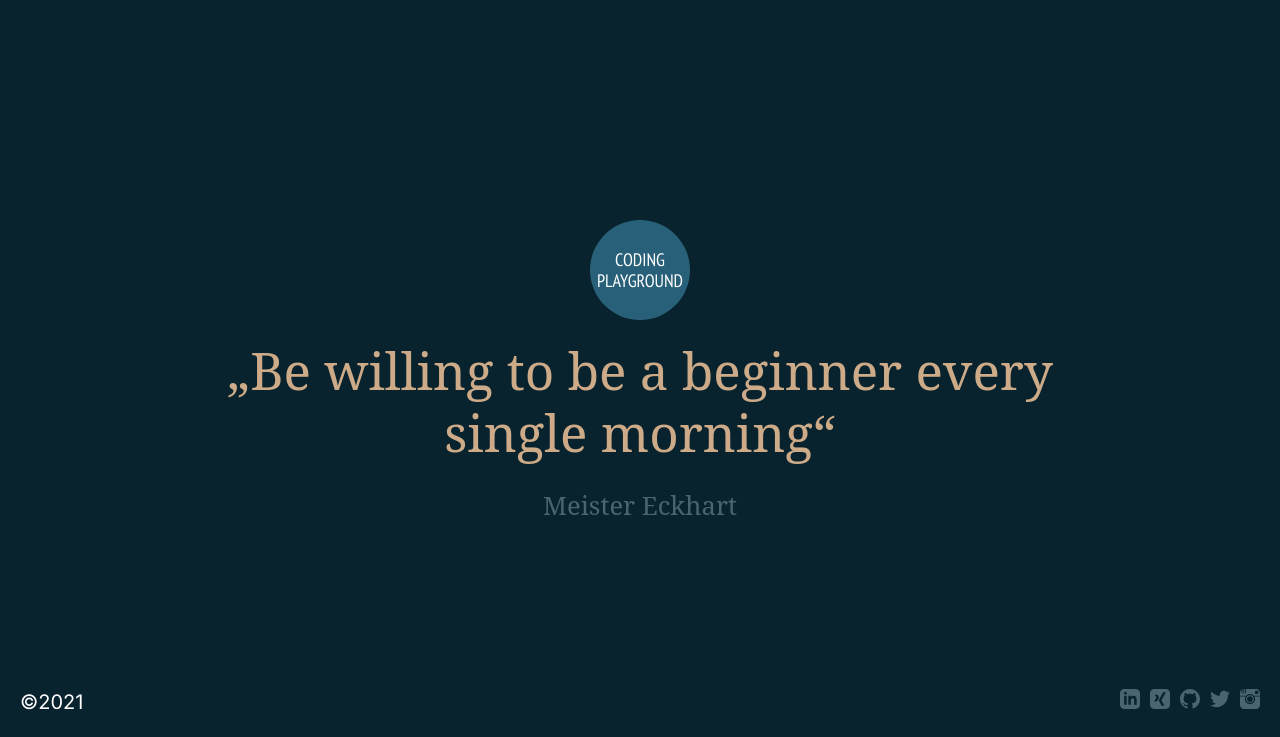
Repository: azwick/zwicki
Page: /
These files come from the project's save history. The page is drawn as it stood at one moment and after the next save; the edit follows.
The browser window is 1280 px wide. The pictures show the part of the page from y = 2954 to 3691 px (the page is 3691 px tall before and 3499 px after).
The project was rebuilt for these pictures with package versions that can differ from the ones it lists, and the page was loaded fresh each time. The framework's server and built-in components were replaced by stand-ins that run in the browser. Also part of the build but not shown: next.config.js.

Above is the page before, as saved 2024-01-16 17:47:56.

### src/app/layout.tsx
import type { Metadata } from 'next'
import { Inter } from 'next/font/google'
import './globals.css'
import Header from '@/components/Header'
import Footer from '@/components/Footer'
import styles from './page.module.css'

const inter = Inter({ subsets: ['latin'] })

export const metadata: Metadata = {
  title: 'Create Next App',
  description: 'Generated by create next app',
}

export default function RootLayout({
  children,
}: {
  children: React.ReactNode
}) {
  return (
    <html lang="en">
      <body className={inter.className}>
      <div className={styles.page}>
          <div className="noise"></div>
          <Header />
          {children}
          <Footer />
      </div>
        </body>
    </html>
  )
}

### src/app/page.tsx
import Head from 'next/head'

import Image from 'next/image'
import styles from './page.module.css'


export default function Home() {

  const Iframex = ({ url, title } : any) => {
    return (
        <iframe className="iframe" src={url}
            title={title}
            allow="accelerometer; ambient-light-sensor; camera; encrypted-media; geolocation; gyroscope; hid; microphone; midi; payment; usb; vr; xr-spatial-tracking"
            sandbox="allow-forms allow-modals allow-popups allow-presentation allow-same-origin allow-scripts"
            loading="lazy"
        ></iframe>
    );
  }

  return (
    <>
      <Head>
        <title>Zwickermann</title>
            <meta name="keywords" content="front-end design, design, designer, designerin, grafik design, illustration, corporate design, cd, corporate identity, wedding, wedding design, diving stamps, frontend-development, development, front-end development, dev, developer, Anne Debora Zimmermann-Zwick, Anne Zwickermann, Anne Debora" />
      </Head>
      <main className={styles.main}>
          <div className={styles.intro}>
              <h2 className={styles.introSubline}>I'm Anne,</h2>
              <h1 className={styles.introMobile}>multi-passionate <br/> front-end dev & <br/> designer</h1>

              <div className={styles.introRow1}>
                  <h1>multi-passionate</h1>
                  <Image className={styles.introParaImg} src={'/anne-zwickermann-1.jpg'} alt={'Anne'} height={260} width={260} />
              </div>
              <div className={styles.introRow2}>
                  <Image className={styles.introParaImg} src={'/anne-zwickermann-2.jpg'} alt={'Anne'} height={360} width={360} />
                  <h1>front-end dev &amp;</h1>
              </div>
              <div className={styles.introRow3}>
                <h1>designer</h1>
                <Image className={styles.introParaImg} src={'/anne-zwickermann-3.jpg'} alt={'Anne'} height={420} width={420} />
              </div>
              <a className="primary" href="https://www.linkedin.com/in/anne-debora-zimmermann-184bb4142/" title="Linkedin CV" target="_blank">
                  About <br/> Me
              </a>
          </div>


          <div className={styles.design}>
            <div className={styles.designGrid}>
              <div>
                  <img src="/az-corporate-design.jpg" title="Wedding Corporate Design" alt="Wedding Corporate Design" />
              </div>
              <div>
                  <img src="/az-picture-factory.jpg" title="Photoshop Magic" alt="Photoshop Magic" />
              </div>
              <div>
                  <img src="/az-logos.jpg" title="Logo Design" alt="Logo Design" />
              </div>
              <div>
                  <img src="/az-diving-stamps.jpg" title="Diving Stamps" alt="Diving Stamps" />
              </div>
            </div>

            <a className="primary" href="/az-portfolio.pdf" title="UNSPLASH Profile" target="_blank">
                Design <br/>Portfolio
            </a>
            <div className={styles.designQuote}>
                  <h2>"Design is thinking <br/> made visual."</h2>
                  <h3>Saul Bass</h3>
            </div>
          </div>

          <div className={styles.dev}>
            <div className={styles.devGrid}>
              <div>
                  <Iframex
                      url="https://codesandbox.io/embed/1-todo-list-s34v4?fontsize=14&hidenavigation=1&module=%2Fsrc%2FToDoApp.tsx&theme=dark"
                      title="To-Do List (React + Typescript)"
                  />
              </div>
              <div>
                  <Iframex
                    url="https://codesandbox.io/embed/2-github-user-search-n9wm9?fontsize=14&module=%2Fsrc%2FGitHubApp.tsx&theme=dark"
                    title="Github User Search (React + Typescript)"
                />
              </div>
            </div>
            <a className="primary" href="https://github.com/azwick" title="GitHub Profile" target="_blank">
                Coding <br/> Playground
            </a>
            <div className={styles.devQuote}>
                  <h2>„Be willing to be a beginner every <br/>  single morning“</h2>
                  <h3>Meister Eckhart</h3>
            </div>
          </div>
      </main>
    </>
  )
}

### src/app/globals.css
@import url('https://fonts.googleapis.com/css2?family=Noto+Serif&family=PT+Sans+Narrow:wght@400;700&display=swap');

* {
  box-sizing: border-box;
}

:root {
  --maxWidth: 100%;
  --maxContentWidth: 1900px;
  --spacing: 20px;

  --headlineFont: 'Noto Serif', serif;
  --textFont: 'PT Sans Narrow', sans-serif;

  --textColor01: #cdab88;
  --textColor02: #4a6470;
  --color01: #296079;
  --bgColor: #08232e;

  --column-gutter: 15px;
  --row-gutter: 15px;
}

html,
body {
  padding: 0;
  margin: 0;
  font-family: var(--textFont);
  color: white;
  line-height: 1.5;
  font-size: 20px;
  background-color: var(--bgColor);
  overflow-x: hidden;
}

/* Background styling*/
.noise {
  position: fixed;
  z-index: 9000;
  pointer-events: none;
  top: 0;
  opacity: 0.75;
  left: 0;
  width: 100vw;
  height: 100vh;
  background: url(/bg-noise.png);
  background-repeat: repeat;
  background-position: top left;
}

img {
  max-width: 100%;
}

a {
  color: inherit;
  text-decoration: none;

  position: relative;
  z-index: 20;
}

a.primary {
  font-family: var(--textFont);
  text-decoration: none;
  text-transform: uppercase;
  display: inline-flex;
  justify-content: center;
  align-items: center;
  align-self: center;
  text-align: center;
  background: var(--color01);
  color: white;
  border-radius: 50%;
  font-size: 0.8em;
  line-height: 1.2;
  margin: 20px;

  max-height: 150px;
  max-width: 150px;
  min-height: 100px;
  min-width: 100px;
  width: 5vw;
  height: 5vw;

  transition: background-color 0.5s;
}
a.primary:hover {
	animation: pulse 2s infinite;
  background-color: var(--textColor01);
}
@keyframes pulse {
	0% {
		box-shadow: 0 0 0 0 rgba(205, 171, 136, 0.7);
	}

	70% {
		box-shadow: 0 0 0 30px rgba(205, 171, 136,  0);
	}

	100% {
		box-shadow: 0 0 0 0 rgba(205, 171, 136, 0);
	}
}
@media (min-width: 960px) {
  a.primary {
    font-size: 0.9em;
  }
}

ul {
  list-style: none;
  padding: 0;
  margin: 0;
}

h1, h2, h3, h4 {
  position: relative;
  z-index: 10;
  font-weight: normal;
}


h1 {
  font-family: var(--headlineFont);
  font-size: clamp(40px, 6vw, 150px);
  line-height: 1.2;
  color: var(--textColor01);
  margin: 0;
}

h2 {
  font-family: var(--headlineFont);
  font-size: clamp(34px, 4vw, 80px);
  line-height: 1.2;
  color: var(--textColor01);
  margin: 0 0 30px 0;
}

h3 {
  font-family: var(--headlineFont);
  font-size: clamp(22px, 2vw, 45px);
  line-height: 1;
  color: var(--textColor02);
  margin: 0;
}

h4 {
  font-family: var(--textFont);
  font-size: 1.2em;
  margin: 0;
  line-height: 0;
  text-transform: uppercase;
  color: var(--bgColor);
}

.wrapper {
  max-width: var(--maxContentWidth);
  width: 100%;
  margin: 0 auto 0 auto;
}

.notFound {
  display: flex;
  flex-direction: column;
  flex: 1;
  text-align: center;
  justify-content: center;
}

.iframe {
  width: 100%;
  height: 500px;
  border: 0;
}
@media (min-width: 768px) {
  .iframe {
    height: 600px;
  }
}


/* :root {
  --max-width: 1100px;
  --border-radius: 12px;
  --font-mono: ui-monospace, Menlo, Monaco, 'Cascadia Mono', 'Segoe UI Mono',
    'Roboto Mono', 'Oxygen Mono', 'Ubuntu Monospace', 'Source Code Pro',
    'Fira Mono', 'Droid Sans Mono', 'Courier New', monospace;

  --foreground-rgb: 0, 0, 0;
  --background-start-rgb: 214, 219, 220;
  --background-end-rgb: 255, 255, 255;

  --primary-glow: conic-gradient(
    from 180deg at 50% 50%,
    #16abff33 0deg,
    #0885ff33 55deg,
    #54d6ff33 120deg,
    #0071ff33 160deg,
    transparent 360deg
  );
  --secondary-glow: radial-gradient(
    rgba(255, 255, 255, 1),
    rgba(255, 255, 255, 0)
  );

  --tile-start-rgb: 239, 245, 249;
  --tile-end-rgb: 228, 232, 233;
  --tile-border: conic-gradient(
    #00000080,
    #00000040,
    #00000030,
    #00000020,
    #00000010,
    #00000010,
    #00000080
  );

  --callout-rgb: 238, 240, 241;
  --callout-border-rgb: 172, 175, 176;
  --card-rgb: 180, 185, 188;
  --card-border-rgb: 131, 134, 135;
}

@media (prefers-color-scheme: dark) {
  :root {
    --foreground-rgb: 255, 255, 255;
    --background-start-rgb: 0, 0, 0;
    --background-end-rgb: 0, 0, 0;

    --primary-glow: radial-gradient(rgba(1, 65, 255, 0.4), rgba(1, 65, 255, 0));
    --secondary-glow: linear-gradient(
      to bottom right,
      rgba(1, 65, 255, 0),
      rgba(1, 65, 255, 0),
      rgba(1, 65, 255, 0.3)
    );

    --tile-start-rgb: 2, 13, 46;
    --tile-end-rgb: 2, 5, 19;
    --tile-border: conic-gradient(
      #ffffff80,
      #ffffff40,
      #ffffff30,
      #ffffff20,
      #ffffff10,
      #ffffff10,
      #ffffff80
    );

    --callout-rgb: 20, 20, 20;
    --callout-border-rgb: 108, 108, 108;
    --card-rgb: 100, 100, 100;
    --card-border-rgb: 200, 200, 200;
  }
}

* {
  box-sizing: border-box;
  padding: 0;
  margin: 0;
}

html,
body {
  max-width: 100vw;
  overflow-x: hidden;
}

body {
  color: rgb(var(--foreground-rgb));
  background: linear-gradient(
      to bottom,
      transparent,
      rgb(var(--background-end-rgb))
    )
    rgb(var(--background-start-rgb));
}

a {
  color: inherit;
  text-decoration: none;
}

@media (prefers-color-scheme: dark) {
  html {
    color-scheme: dark;
  }
} */

### src/components/Header.tsx
import Head from 'next/head'
// import Link from 'next/link'
import { Logo } from './Icons'
// import { useRouter } from "next/router";
import styles from '../app/page.module.css'

const Header = () => {
    // const router = useRouter();

    return (
        <>
            <Head>
                <link rel="icon" href="/favicon.ico" />
                <meta name="viewport" content="initial-scale=1.0, width=device-width" />
            </Head>

            <header className={styles.header}>
                <div className={styles.logo}>
                    <a href="/">
                        <Logo />
                    </a>
                </div>
                {/* <nav>
                    <ul className={styles.navList}>
                        <li className={styles.navItem}><Link href="/"><a className={router.pathname == "/" ? styles.active : null}>Home</a></Link></li>
                        <li className={styles.navItem}><Link href="/about"><a className={router.pathname == "/about" ? styles.active : null}>About</a></Link></li>
                    </ul>
                </nav> */}
            </header>
        </>
     );
}
export default Header;

### src/components/Footer.js
import Link from 'next/link'
import SocialMedia from './SocialMedia';
// import { useRouter } from "next/router";
import styles from '../app/page.module.css'

const Footer = () => {
    // const router = useRouter();

    return (
        <footer className={styles.footer}>
            <span>©2021</span>
            <SocialMedia />
            {/* <Link href="/imprint"><a className={router.pathname == "/imprint" ? styles.active : null}>Imprint</a></Link> */}
        </footer>
     );
}
export default Footer;

### src/app/page.module.css
.page {
  min-height: 100vh;
  display: flex;
  flex-direction: column;
  justify-content: center;
  align-items: center;
}

/* Main */

.main {
  flex: 1;
  width: 100%;
  max-width: var(--maxWidth);
  padding: var(--spacing);
}

/* Intro */

.heading {
  margin: 40px 0 100px;
  text-align: center;
  display: flex;
  flex-direction: column;
  align-items: center;
}

.quote {
  margin: 0;
  font-size: 20px;
}

.author {
  color: var(--textColor02);
  padding-top: 10px;
  display: inline-block;
}

.header {
  width: 100%;
  /* max-width: var(--maxWidth); */
  padding: 20px 50px 20px;
  text-align: center;
}
@media (min-width: 1400px) {
.header {
  padding: 60px 20px 100px 20px;
}
}

.logo {
  display: inline-flex;
  border-radius: 50%;
  overflow: hidden;
  line-height: 1;

  max-height: 150px;
  max-width: 150px;
  min-height: 100px;
  min-width: 100px;
  width: 5vw;
  height: 5vw;
}

.logo svg {
  max-width: 100%;
  height: 100%;
  fill: var(--textColor01);
}

/*
.navList {
  display: flex;
  font-size: 16px;
}

.navItem a {
  text-transform: uppercase;
  margin: 0 5px;
  padding: 4px 8px 3px;
  transition: background-color .2s ease-in-out;
}
@media (min-width: 640px) {
  .navItem a {
      margin: 0 10px;
  }
}
.navItem:first-child a {
  margin-left: 0;
}
.navItem:last-child a {
  margin-right: 0;
}

.navItem:hover a,
.active {
background: var(--color01);
}

.navItem a svg {
  width: 14px;
  height: 14px;
} */

/* ---------- 01 - INTRO ---------- */

.intro {
  display: flex;
  flex-direction: column;
  align-items: center;
}

.intro h1.introMobile {
  text-align: center;
  line-height: 1.4;
  margin-top: 10px;
  margin-bottom: 40px;
  display: block;
}
@media (min-width: 768px) {
  .intro h1.introMobile {
    display: none;
  }
}

.intro h1 {
  display: none;
}
@media (min-width: 768px) {
  .intro h1 {
    display: block;
    line-height: 1;
    margin: 0;
  }
}

.intro h2 {
  color: var(--textColor02);
  line-height: 1;
  margin: 0;
}

.introSubline {
  text-align: center;
}

.introImg {
  border-radius: 50%;
  overflow: hidden;
  line-height: 1;
}

.introParaImg {
  border-radius: 50%;
  overflow: hidden;
}

/* Row 1 */
.introRow1 {
  display: flex;
  align-items: flex-end;
  margin-right: -15vw;
  gap: 10px;
  line-height: 0;
}
@media (min-width: 640px) {
  .introRow1 {
    gap: 50px;
    height: 100px;
  }
}
@media (min-width: 960px) {
  .introRow1 {
    height: 150px;
  }
}
@media (min-width: 1900px) {
  .introRow1 {
    margin-right: -8vw;
    height: 200px;
  }
}

/* Row 2 */
.introRow2 {
  display: flex;
  align-items: center;
  margin: 0 0 0 -20vw;
  gap: 10px;
  line-height: 0;
}
@media (min-width: 640px) {
  .introRow2 {
    gap: 50px;
    height: 150px;
  }
}
@media (min-width: 960px) {
  .introRow2 {
    height: 200px;
  }
}
@media (min-width: 1400px) {
  .introRow2 {
    height: 250px;
  }
}

/* Row 3 */
.introRow3 {
  display: flex;
  align-items: flex-start;
  margin-right: -5vw;
  gap: 10px;
  line-height: 0;
}
@media (min-width: 640px) {
  .introRow3 {
    gap: 50px;
    height: 300px;
  }
}
.introRow3 .introPic {
  max-width: 37vw;
}

/* ---------- 02 - DESIGN ---------- */

.design {
  margin: 20vw 0;
  display: flex;
  flex-direction: column;
}
.designGrid {
  margin: 0 0 5vw 0;
}

@media (min-width: 768px) {
  .designGrid {
    display: flex;
    gap: var(--spacing);
    margin: 0 0 5vw 0;
  }
}

.designQuote {
  max-width: var(--maxContentWidth);
  width: 100%;
  margin: 0 auto;
  text-align: center;
}
@media (min-width: 768px) {
  .designQuote {
    text-align: right;
  }
}

/* ---------- 03 - DEV ---------- */

.dev {
  margin: 20vw 0 10vw;
  display: flex;
  flex-direction: column;
}

.devGrid {
  margin: 0 0 15vw 0;
}


@media (min-width: 768px) {
  .devGrid {
    display: flex;
    gap: var(--spacing);
    max-width: var(--maxContentWidth);
    margin: 0 auto 15vw auto;
    width: 100%;
  }
  .devGrid > div {
    width: 50%;
  }
}

.devQuote {
  max-width: var(--maxContentWidth);
  width: 100%;
  margin: 0 auto;
  text-align: center;
}


.list {
  display: flex;
  line-height: 1;
}

.item {
  margin-right: 10px;
}
.item:last-child {
  margin-right: 0;
}

.link svg {
  fill: var(--textColor02);
  transition: fill .2s ease-in-out;
}
.link:hover svg {
  fill: var(--color01);
}

.footer {
  max-width: var(--maxWidth);
  padding: var(--spacing);
  width: 100%;
  display: flex;
  justify-content: space-between;
  align-items: baseline;
}

.footer a:hover,
.active {
  color: var(--textColor02);
  transition: color .2s ease-in-out;
}

### src/components/Icons.tsx
export const Logo = () => {
    return (
        <svg xmlns="http://www.w3.org/2000/svg" width="147.8" height="165.7" viewBox="0 0 147.8 165.7">
            <path d="M145.7,76.8c-6.1-29.5-29.2-52-58.8-57.3c-0.8-0.1-1.6,0.4-1.7,1.2c-0.1,0.8,0.4,1.6,1.2,1.7c28.4,5.1,50.6,26.7,56.4,55
                c7.9,38-16.6,75.3-54.6,83.2C50.2,168.5,12.9,144,5,106c-7.5-36.2,14.5-72.2,50-82c0.8-0.2,1.3-1,1-1.8c-0.2-0.8-1.1-1.3-1.8-1
                c-37.1,10.3-60,47.8-52.2,85.5c7.2,34.6,37.8,58.5,71.8,58.5c4.9,0,9.9-0.5,14.9-1.5C128.4,155.3,153.9,116.4,145.7,76.8z M46.4,93
                c-1.5-0.7-2.8-1.6-3.9-2.6c-5.8-5.2-5.6-12.5-5.6-12.6c0-0.8-0.6-1.5-1.4-1.6c-0.8,0-1.5,0.6-1.6,1.4c0,0.4-0.3,8.8,6.5,14.9
                c1.3,1.2,2.7,2.1,4.3,3c-5.9,8.8-11.5,15-15.7,16.4c-2.2,0.7-4,0.6-5.5-0.4c-4.2-2.6-5.2-10.4-5.3-10.5c-0.1-0.8-0.9-1.4-1.7-1.3
                c-0.8,0.1-1.4,0.9-1.3,1.7c0,0.4,1.2,9.2,6.6,12.6c2.3,1.5,5.1,1.7,8.1,0.7c5-1.6,11.2-8.5,17.5-18.1c4.2,1.5,9.2,2.1,15,1.7
                c1.1,7.2,2.7,14.1,4.8,20.7c-12.5,6-23.5,7.3-23.6,7.3c-0.6,0.1-1.1,0.5-1.3,1.1c-0.2,0.6,0,1.2,0.5,1.6c0.2,0.2,5.3,4.5,14.3,7.5
                c4.4,1.5,10.3,2.8,17.4,2.8c0.6,0,1.3,0,2,0c1.5,2.4,3.2,4.6,5.1,6.7c0.3,0.3,0.7,0.5,1.1,0.5c0.4,0,0.7-0.1,1-0.4
                c0.6-0.5,0.7-1.5,0.1-2.1c-1.4-1.5-2.6-3.2-3.8-4.9c4.6-0.4,9.6-1.4,15-3.3c22.4-7.8,30.9-25.9,31.2-26.7c0.3-0.8,0-1.6-0.7-2
                s-1.6,0-2,0.7c-0.1,0.2-8.4,17.8-29.5,25.1c-5.7,2-11,3-15.8,3.3c-2.9-4.7-5.3-10-7.2-15.6c2.4-1.2,4.8-2.6,7.2-4.2
                c15-10,19.1-28.1,19.2-28.9c0.1-0.6-0.1-1.2-0.6-1.6c-0.5-0.3-1.2-0.3-1.7,0c-0.1,0.1-9.6,6.3-27.5,8.9c-0.9,0.1-1.7,0.2-2.5,0.3
                c-1.1-8.1-1.7-16.1-1.9-23.2c0-1.2-0.1-2.5-0.1-3.7c8.6-18.7,15.2-38.5,15.7-50.3c0.4-10.7-1.4-16.8-5.3-17.3
                c-3.8-0.5-7.5,5.1-9.4,14.2c-1.7,8.2-4.5,29.3-4.1,53C55.7,77,51,85.7,46.4,93z M74.6,136.4c-13,0-22.5-4.7-27-7.5
                c4.3-0.9,12.1-2.8,20.5-6.8C70,127.2,72.1,132,74.6,136.4z M67.9,97.9c12.6-1.8,21.1-5.3,25.4-7.5c-1.9,5.6-6.7,16.8-17,23.6
                c-2.1,1.4-4.3,2.7-6.5,3.8c-2-6.3-3.4-13-4.5-19.6C66.3,98.1,67.1,98,67.9,97.9z M67,15.4c1.7-8.4,4.8-11.8,6-11.8c0,0,0.1,0,0.1,0
                c0.8,0.1,3.1,2.9,2.6,14.2C75.3,28.6,70,45,63,61.2C63.2,40.3,65.6,21.9,67,15.4z M62,95.5c-5,0.3-9.3-0.2-12.9-1.4
                c3.8-5.9,7.5-12.7,11-19.9C60.4,81.3,61,88.4,62,95.5z"/>
        </svg>
    )
}

export const LinkedInIcon = () => {
    return (
        <svg xmlns="http://www.w3.org/2000/svg" width="20" height="20" viewBox="0 0 24 24">
            <path d="M19 0h-14c-2.761 0-5 2.239-5 5v14c0 2.761 2.239 5 5 5h14c2.762 0 5-2.239 5-5v-14c0-2.761-2.238-5-5-5zm-11 19h-3v-11h3v11zm-1.5-12.268c-.966 0-1.75-.79-1.75-1.764s.784-1.764 1.75-1.764 1.75.79 1.75 1.764-.783 1.764-1.75 1.764zm13.5 12.268h-3v-5.604c0-3.368-4-3.113-4 0v5.604h-3v-11h3v1.765c1.396-2.586 7-2.777 7 2.476v6.759z"></path>
        </svg>
     );
}

export const XingIcon = () => {
    return (
        <svg xmlns="http://www.w3.org/2000/svg" width="20" height="20" viewBox="0 0 24 24">
            <path d="M19 0h-14c-2.761 0-5 2.239-5 5v14c0 2.761 2.239 5 5 5h14c2.762 0 5-2.239 5-5v-14c0-2.761-2.238-5-5-5zm-14.085 15l2.744-4.825-1.846-3.162h3.292l1.83 3.152-2.744 4.835h-3.276zm8.79-1.445l3.514 6.445h-3.252l-3.55-6.445 5.38-9.555h3.289l-5.381 9.555z"></path>
        </svg>
     );
}

export const GitHubIcon = () => {
    return (
        <svg xmlns="http://www.w3.org/2000/svg" width="20" height="20" viewBox="0 0 24 24">
            <path d="M12 0c-6.626 0-12 5.373-12 12 0 5.302 3.438 9.8 8.207 11.387.599.111.793-.261.793-.577v-2.234c-3.338.726-4.033-1.416-4.033-1.416-.546-1.387-1.333-1.756-1.333-1.756-1.089-.745.083-.729.083-.729 1.205.084 1.839 1.237 1.839 1.237 1.07 1.834 2.807 1.304 3.492.997.107-.775.418-1.305.762-1.604-2.665-.305-5.467-1.334-5.467-5.931 0-1.311.469-2.381 1.236-3.221-.124-.303-.535-1.524.117-3.176 0 0 1.008-.322 3.301 1.23.957-.266 1.983-.399 3.003-.404 1.02.005 2.047.138 3.006.404 2.291-1.552 3.297-1.23 3.297-1.23.653 1.653.242 2.874.118 3.176.77.84 1.235 1.911 1.235 3.221 0 4.609-2.807 5.624-5.479 5.921.43.372.823 1.102.823 2.222v3.293c0 .319.192.694.801.576 4.765-1.589 8.199-6.086 8.199-11.386 0-6.627-5.373-12-12-12z"></path>
        </svg>
     );
}

export const TwitterIcon = () => {
    return (
        <svg xmlns="http://www.w3.org/2000/svg" width="20" height="20" viewBox="0 0 24 24">
            <path d="M24 4.557c-.883.392-1.832.656-2.828.775 1.017-.609 1.798-1.574 2.165-2.724-.951.564-2.005.974-3.127 1.195-.897-.957-2.178-1.555-3.594-1.555-3.179 0-5.515 2.966-4.797 6.045-4.091-.205-7.719-2.165-10.148-5.144-1.29 2.213-.669 5.108 1.523 6.574-.806-.026-1.566-.247-2.229-.616-.054 2.281 1.581 4.415 3.949 4.89-.693.188-1.452.232-2.224.084.626 1.956 2.444 3.379 4.6 3.419-2.07 1.623-4.678 2.348-7.29 2.04 2.179 1.397 4.768 2.212 7.548 2.212 9.142 0 14.307-7.721 13.995-14.646.962-.695 1.797-1.562 2.457-2.549z"></path>
        </svg>
     );
}

export const InstagramIcon = () => {
    return (
        <svg xmlns="http://www.w3.org/2000/svg" width="20" height="20" viewBox="0 0 24 24">
            <path d="M11.984 16.815c2.596 0 4.706-2.111 4.706-4.707 0-1.409-.623-2.674-1.606-3.538-.346-.303-.735-.556-1.158-.748-.593-.27-1.249-.421-1.941-.421s-1.349.151-1.941.421c-.424.194-.814.447-1.158.749-.985.864-1.608 2.129-1.608 3.538 0 2.595 2.112 4.706 4.706 4.706zm.016-8.184c1.921 0 3.479 1.557 3.479 3.478 0 1.921-1.558 3.479-3.479 3.479s-3.479-1.557-3.479-3.479c0-1.921 1.558-3.478 3.479-3.478zm5.223.369h6.777v10.278c0 2.608-2.114 4.722-4.722 4.722h-14.493c-2.608 0-4.785-2.114-4.785-4.722v-10.278h6.747c-.544.913-.872 1.969-.872 3.109 0 3.374 2.735 6.109 6.109 6.109s6.109-2.735 6.109-6.109c.001-1.14-.327-2.196-.87-3.109zm2.055-9h-12.278v5h-1v-5h-1v5h-1v-4.923c-.346.057-.682.143-1 .27v4.653h-1v-4.102c-1.202.857-2 2.246-2 3.824v3.278h7.473c1.167-1.282 2.798-2 4.511-2 1.722 0 3.351.725 4.511 2h7.505v-3.278c0-2.608-2.114-4.722-4.722-4.722zm2.722 5.265c0 .406-.333.735-.745.735h-2.511c-.411 0-.744-.329-.744-.735v-2.53c0-.406.333-.735.744-.735h2.511c.412 0 .745.329.745.735v2.53z"></path>
        </svg>
     );
}

export const ExternalLinkIcon = () => {
    return (
        <svg xmlns="http://www.w3.org/2000/svg" width="24" height="24" viewBox="0 0 24 24">
            <path d="M21 13v10h-21v-19h12v2h-10v15h17v-8h2zm3-12h-10.988l4.035 4-6.977 7.07 2.828 2.828 6.977-7.07 4.125 4.172v-11z"/>
        </svg>
     );
}

### src/components/SocialMedia.tsx
import {GitHubIcon, InstagramIcon, LinkedInIcon, TwitterIcon, XingIcon} from './Icons'
import styles from '../app/page.module.css'

const SocialMedia = () => {
    return (
        <nav>
              <ul className={styles.list}>
                  <li className={styles.item}>
                    <a className={styles.link} target="_blank" rel="noopener noreferrer" href="https://www.linkedin.com/in/anne-debora-zimmermann-184bb4142/">
                      <LinkedInIcon />
                    </a>
                  </li>
                <li className={styles.item}>
                    <a className={styles.link} target="_blank" rel="noopener noreferrer" href="https://www.xing.com/profile/AnneDebora_Zimmermann/">
                      <XingIcon />
                    </a>
                  </li>
                  <li className={styles.item}>
                    <a className={styles.link} target="_blank" rel="noopener noreferrer" href="https://github.com/azwick">
                      <GitHubIcon />
                    </a>
                  </li>
                  <li className={styles.item}>
                    <a className={styles.link} target="_blank" rel="noopener noreferrer" href="https://twitter.com/Mrs_Zwickermann">
                      <TwitterIcon />
                    </a>
                  </li>
                  <li className={styles.item}>
                    <a className={styles.link} target="_blank" rel="noopener noreferrer" href="https://www.instagram.com/zwickermanns_on_tour/">
                      <InstagramIcon />
                    </a>
                  </li>
              </ul>
            </nav>
     );
}

export default SocialMedia;

After the next save:
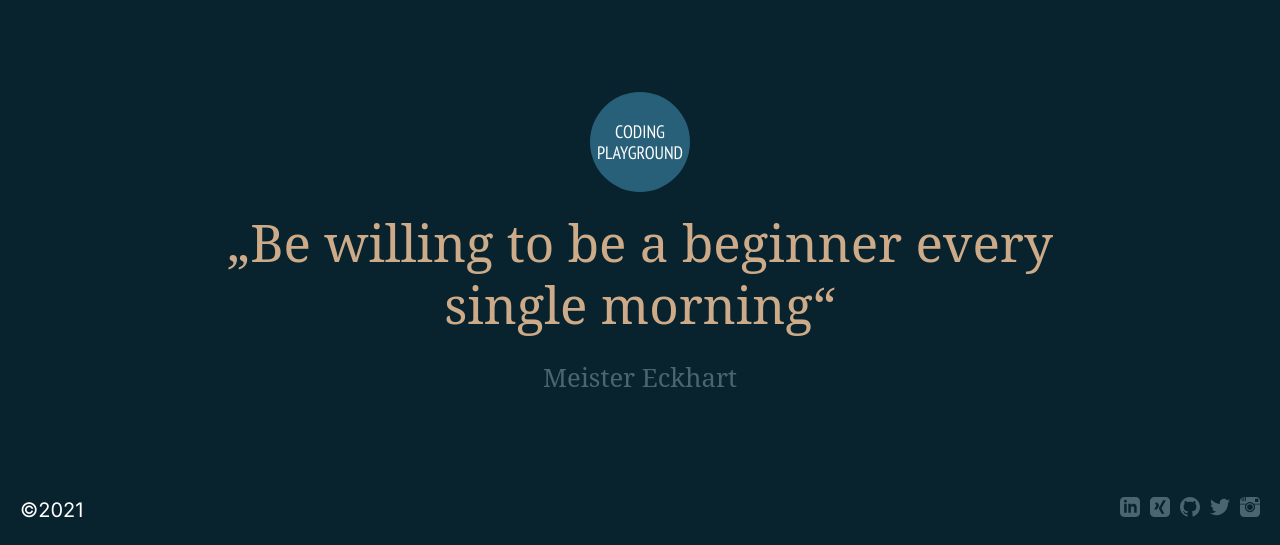
Saved 77 s later.
--- a/src/app/page.module.css
+++ b/src/app/page.module.css
@@ -258,13 +258,13 @@ background: var(--color01);
 /* ---------- 03 - DEV ---------- */
 
 .dev {
-  margin: 20vw 0 10vw;
+  margin: 5vw 0 5vw;
   display: flex;
   flex-direction: column;
 }
 
 .devGrid {
-  margin: 0 0 15vw 0;
+  margin: 0 0 5vw 0;
 }
 
 
@@ -273,7 +273,7 @@ background: var(--color01);
     display: flex;
     gap: var(--spacing);
     max-width: var(--maxContentWidth);
-    margin: 0 auto 15vw auto;
+    margin: 0 auto 5vw auto;
     width: 100%;
   }
   .devGrid > div {
